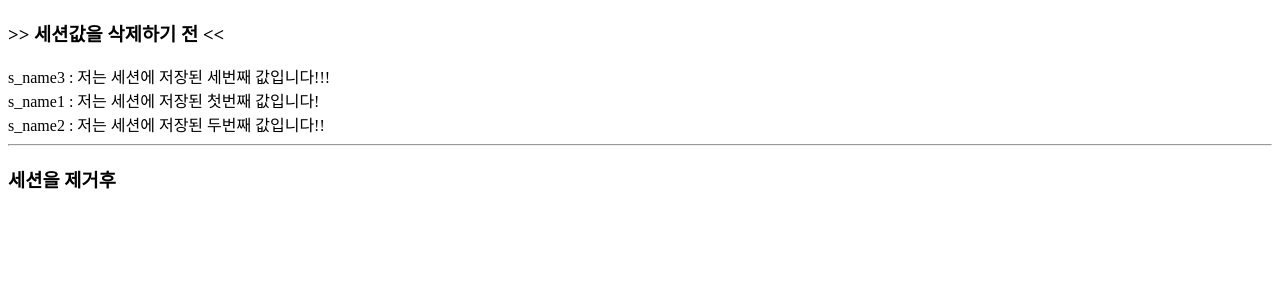
Repository: itrecipe/Web_ez
Page: http://localhost/jspCh05/09_invalidate.jsp
An editor plug-in stored every save of this project. The page is shown before and after a run of saves, followed by the edit.
The browser window is 1280 px wide. The pictures show the whole page.
The page is served by Tomcat 9.

Above is the page before, as saved 2023-03-31 04:07:28.

After the next 2 saves:
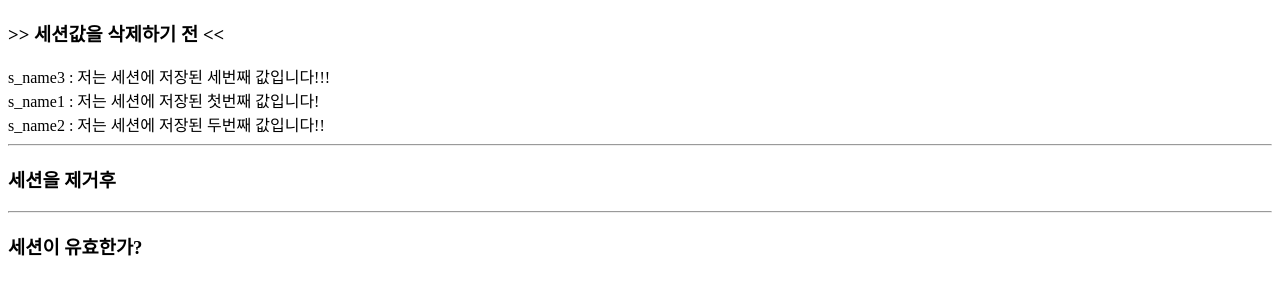
The 2 saves are shown as one change because they came seconds apart.
The last was saved 23 s later.
--- a/jspCh05/src/main/webapp/09_invalidate.jsp
+++ b/jspCh05/src/main/webapp/09_invalidate.jsp
@@ -23,7 +23,9 @@
 	}
 
 	session.invalidate(); //세션 완전 제거
+
 	out.println("<hr/><h3>세션을 제거후</h3>");
+	out.println("<hr/><h3>세션이 유효한가?</h3>");
 
 %>
 </body>
